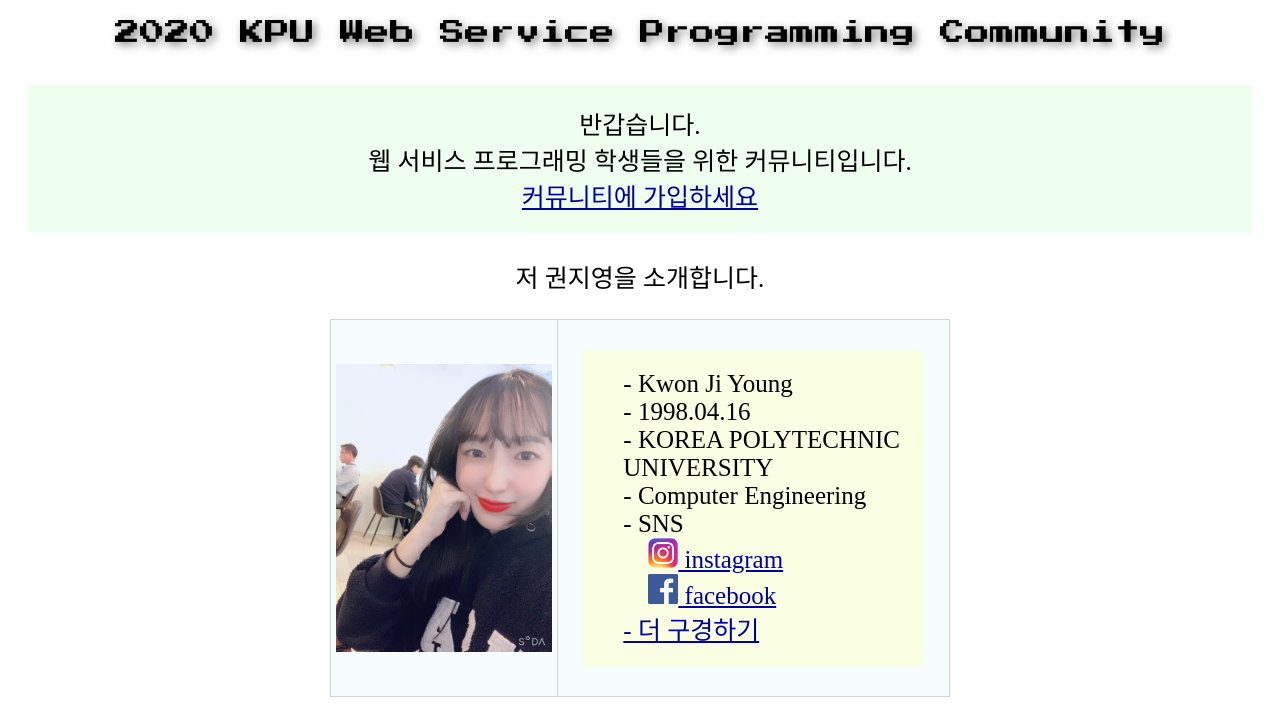
Repository: JiYoung-Kwon/WebProgramming
Page: workspace_20206R/kwonjiyoung_reg/WebContent/welcome.html
These files come from the project's save history. The page is drawn as it stood at one moment and after the next save; the edit follows.
The browser window is 1280 px wide. The pictures show the whole page.
Some web fonts or font styles are not loaded; a fallback is used.

Above is the page before, as saved 2020-10-08 03:59:11.

After the next save:
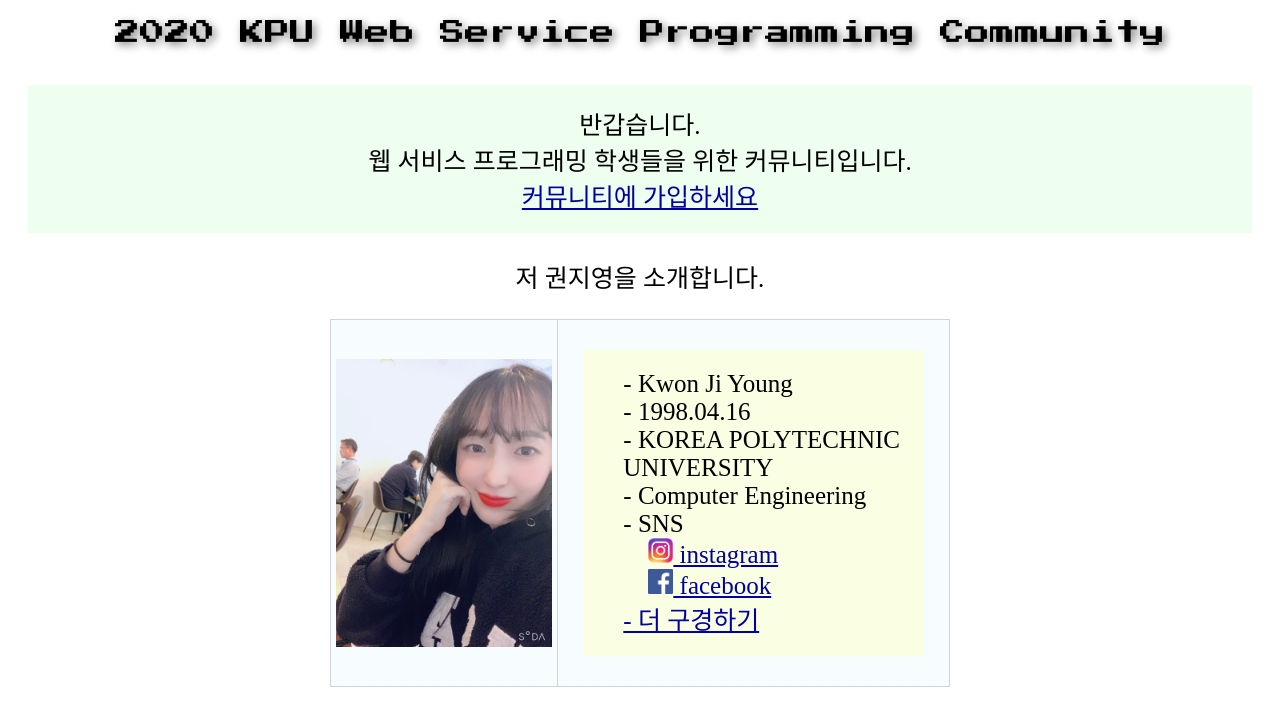
Saved 24 s later.
--- a/workspace_20206R/kwonjiyoung_reg/WebContent/welcome.html
+++ b/workspace_20206R/kwonjiyoung_reg/WebContent/welcome.html
@@ -35,8 +35,8 @@
 							<li>- KOREA POLYTECHNIC UNIVERSITY</li>
 							<li>- Computer Engineering</li>
 							<li>- SNS</li>
-							<li class="a"><img src="resources/insta.jpg" width="30" height="30"><a href="https://www.instagram.com/jjiyomm/" target="_blank"> instagram</a></li>
-							<li class="a"><img src="resources/face.jpg" width="30" height="30"><a href="https://www.facebook.com/rhakrywkd" target="_blank"> facebook</a></li>
+							<li class="a"><img src="resources/insta.jpg" width="25" height="25"><a href="https://www.instagram.com/jjiyomm/" target="_blank"> instagram</a></li>
+							<li class="a"><img src="resources/face.jpg" width="25" height="25"><a href="https://www.facebook.com/rhakrywkd" target="_blank"> facebook</a></li>
 							<li> <a href="http://localhost:8080/kwonjiyoung_reg/myfavorite.html" target="_self"> - 더 구경하기</a></li>
 						</ul>
 					</td>
